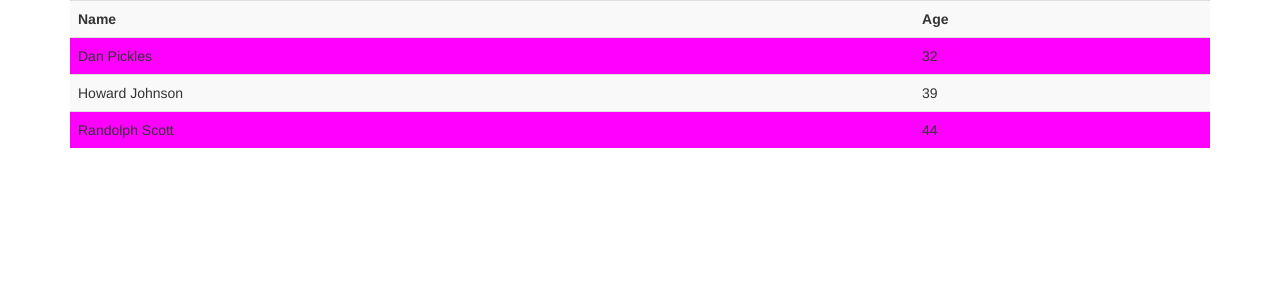
Repository: Peacepapi/1702Java
Page: web/src/main/webapp/boots.html
These files come from the project's save history. The page is drawn as it stood at one moment and after the next save; the edit follows.
The browser window is 1280 px wide. The pictures show the whole page.

Above is the page before, as saved 2017-02-24 18:29:48.

After the next save:
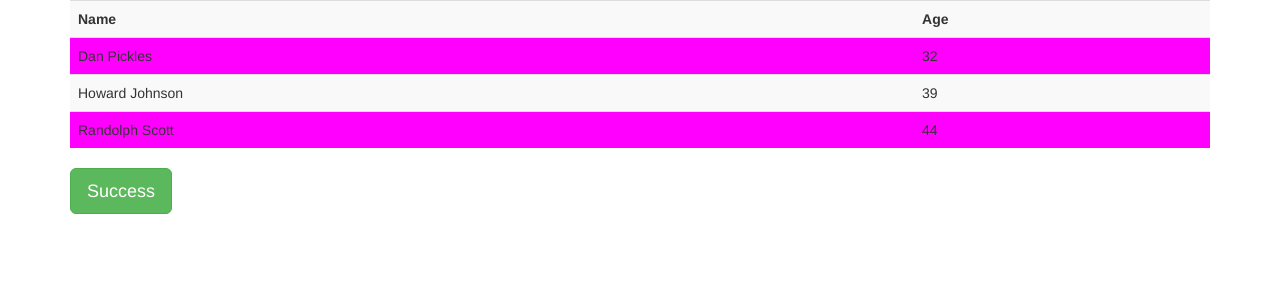
Saved 4 min 52 s later.
--- a/web/src/main/webapp/boots.html
+++ b/web/src/main/webapp/boots.html
@@ -19,6 +19,7 @@
 		<tr><td>Howard Johnson</td><td>39</td></tr>
 		<tr><td>Randolph Scott</td><td>44</td></tr>
 	</table>
+	<button type="button" class="btn btn-lg btn-success">Success</button>
 </div>
 </body>
 </html>
